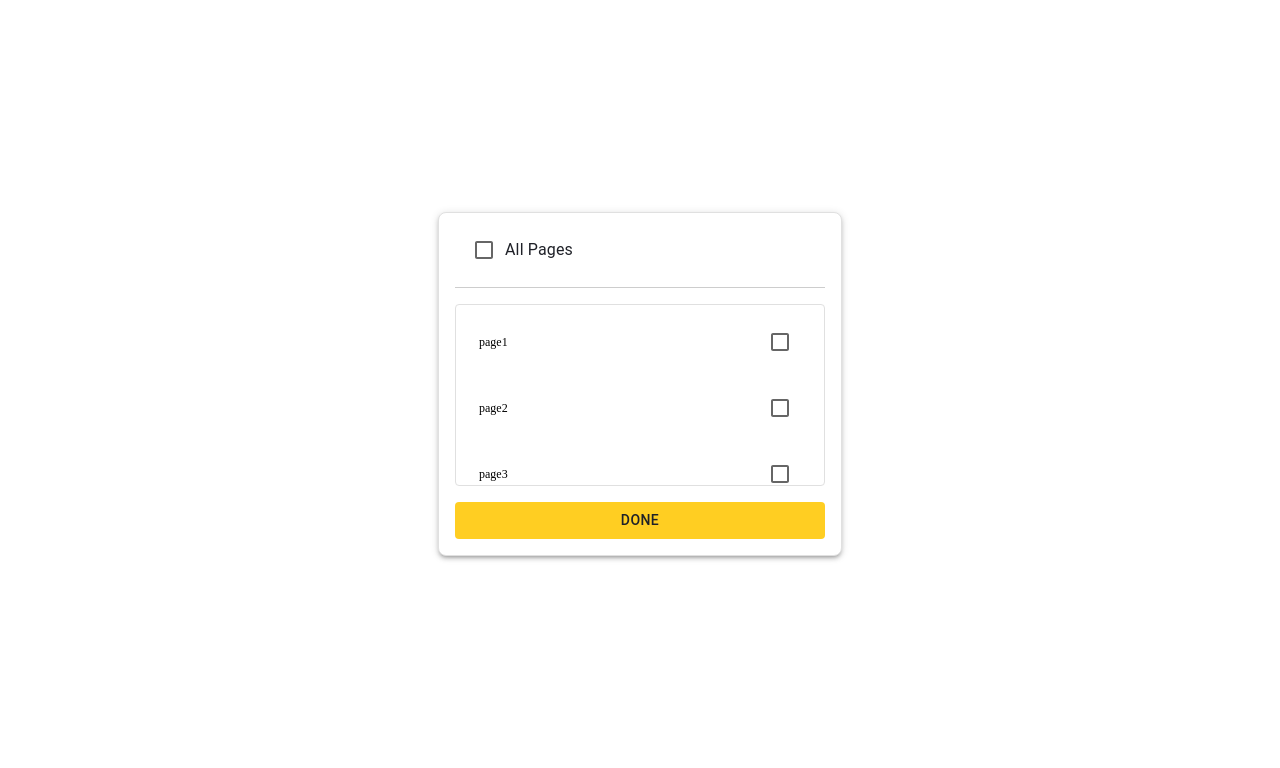
Repository: Tabishhaider72/Ellty-Test
Page: /
These files come from the project's save history. The page is drawn as it stood at one moment and after the next save; the edit follows.
The browser window is 1280 px wide. The pictures show the whole page.
The project was rebuilt for these pictures with package versions that can differ from the ones it lists, and the page was loaded fresh each time. Also part of the build but not shown: vite.config.js, src/index.css.

Above is the page before, as saved 2024-08-28 15:13:43.

### src/App.jsx
import React, { useState } from 'react';
import Box from '@mui/material/Box';
import Checkbox from '@mui/material/Checkbox';
import FormControlLabel from '@mui/material/FormControlLabel';
import Button from '@mui/material/Button';

function PageSelector() {
  const [allChecked, setAllChecked] = useState(false);
  const [pages, setPages] = useState({
    page1: false,
    page2: false,
    page3: false,
  });

  const handleAllCheck = () => {
    const newCheckedStatus = !allChecked;
    setAllChecked(newCheckedStatus);
    setPages({
      page1: newCheckedStatus,
      page2: newCheckedStatus,
      page3: newCheckedStatus,
      page4: newCheckedStatus,
    });
  };

  const handlePageCheck = (page) => {
    const newPages = { ...pages, [page]: !pages[page] };
    setPages(newPages);
    setAllChecked(Object.values(newPages).every((val) => val === true));
  };

  return (
    <Box
      sx={{
        display: 'flex',
        justifyContent: 'center',
        alignItems: 'center',
        height: '100vh',
        padding: 2,
      }}
    >
      <Box
        sx={{
          width: 370,
          backgroundColor: 'white',
          border: '1px solid',
          borderColor: 'grey.300',
          boxShadow: 3,
          borderRadius: 2,
          p: 2,
          display: 'flex',
          flexDirection: 'column',
        }}
      >
        <Box
          sx={{
            display: 'flex',
            justifyContent: 'space-between',
            alignItems: 'center',
            mb: 2,
          }}
        >
          <Box sx={{ flex: 1 }}>
            <FormControlLabel
              control={
                <Checkbox
                  checked={allChecked}
                  onChange={handleAllCheck}
                  color="primary"
                />
              }
              label="All Pages"
              sx={{
                fontFamily: 'Montserrat',
                fontWeight: 400,
                fontSize: '12px', // Smaller font size
                color: '#1F2128',
                margin: 0,
                ml: 1,
              }}
            />
          </Box>
        </Box>
        <Box
          sx={{
            width: '100%',
            borderBottom: '0.7px solid #CDCDCD',
            mb: 2,
          }}
        />
        <Box
          sx={{
            overflowY: 'auto',
            height: 164,
            mb: 2,
            border: '1px solid',
            borderColor: 'grey.300',
            borderRadius: 1,
            p: 1,
          }}
        >
          {Object.keys(pages).map((page) => (
            <Box
              key={page}
              sx={{
                display: 'flex',
                justifyContent: 'space-between',
                alignItems: 'center',
                p: '8px 15px',
                mb: 1,
                backgroundColor: 'white',
                fontSize: '12px', // Smaller font size
              }}
            >
              <Box sx={{ flex: 1 }}>{page}</Box>
              <Checkbox
                checked={pages[page]}
                onChange={() => handlePageCheck(page)}
                color="primary"
              />
            </Box>
          ))}
        </Box>
        <Box sx={{ mt: 'auto' }}>
          <Button
            variant="contained"
            sx={{
              width: '100%',
              borderRadius: 1,
              backgroundColor: '#FFCE22', // Website color/Orange
              color: '#1F2128', // Black color
              boxShadow: 'none', // Remove shadow
              '&:hover': {
                backgroundColor: '#FFD84D', // Lighter Orange color
                boxShadow: 'none', // Remove shadow on hover
              },
            }}
          >
            Done
          </Button>
        </Box>
      </Box>
    </Box>
  );
}

export default PageSelector;

Loaded but not shown: index.html (common file); src/main.jsx (common file)

After the next save:
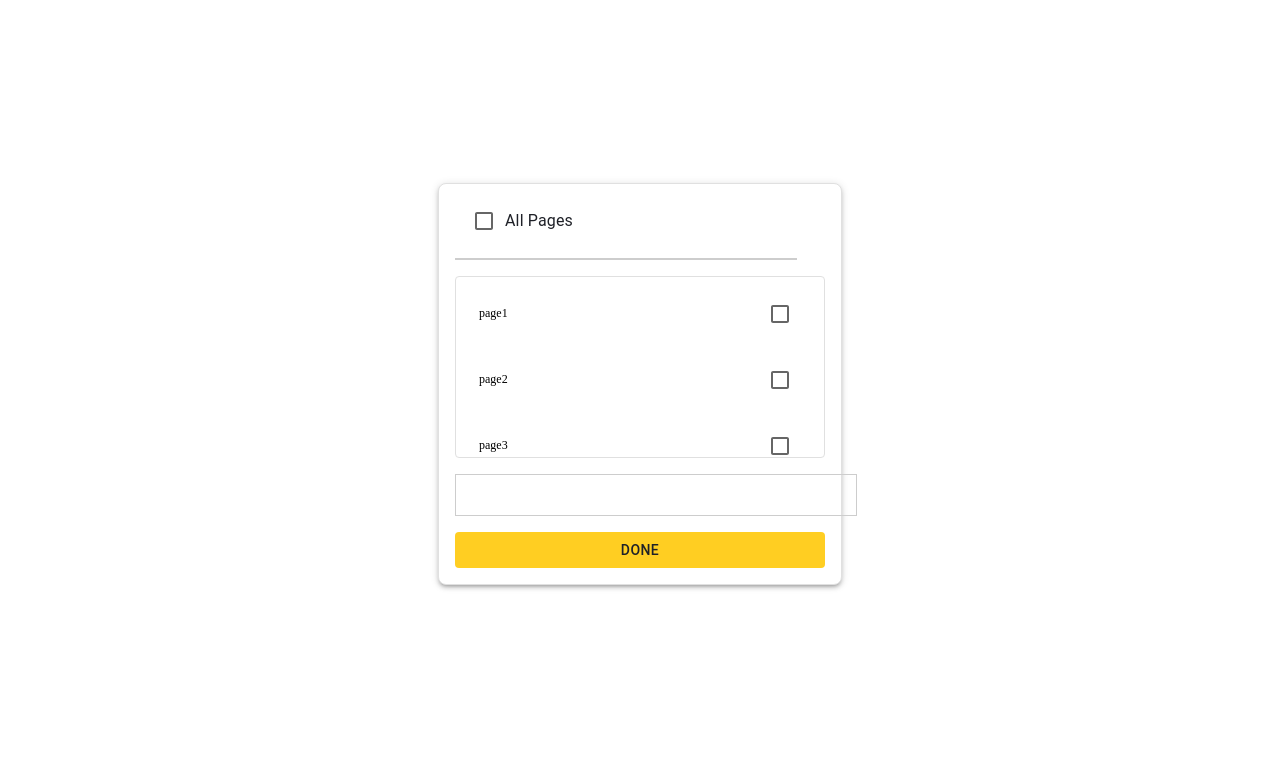
Saved 2 min 51 s later.
--- a/src/App.jsx
+++ b/src/App.jsx
@@ -19,7 +19,6 @@ function PageSelector() {
       page1: newCheckedStatus,
       page2: newCheckedStatus,
       page3: newCheckedStatus,
-      page4: newCheckedStatus,
     });
   };
 
@@ -81,13 +80,17 @@ function PageSelector() {
             />
           </Box>
         </Box>
+
+        {/* Added horizontal line */}
         <Box
           sx={{
-            width: '100%',
-            borderBottom: '0.7px solid #CDCDCD',
+            width: 340,
+            height: 0,
+            border: '0.7px solid #CDCDCD',
             mb: 2,
           }}
         />
+
         <Box
           sx={{
             overflowY: 'auto',
@@ -121,6 +124,22 @@ function PageSelector() {
             </Box>
           ))}
         </Box>
+
+        {/* Added horizontal line with styling */}
+        <Box
+          sx={{
+            display: 'flex',
+            flexDirection: 'row',
+            alignItems: 'flex-start',
+            padding: '10px 15px',
+            gap: 10,
+            width: 370,
+            height: 20,
+            border: '0.7px solid #CDCDCD',
+            mb: 2,
+          }}
+        />
+
         <Box sx={{ mt: 'auto' }}>
           <Button
             variant="contained"
